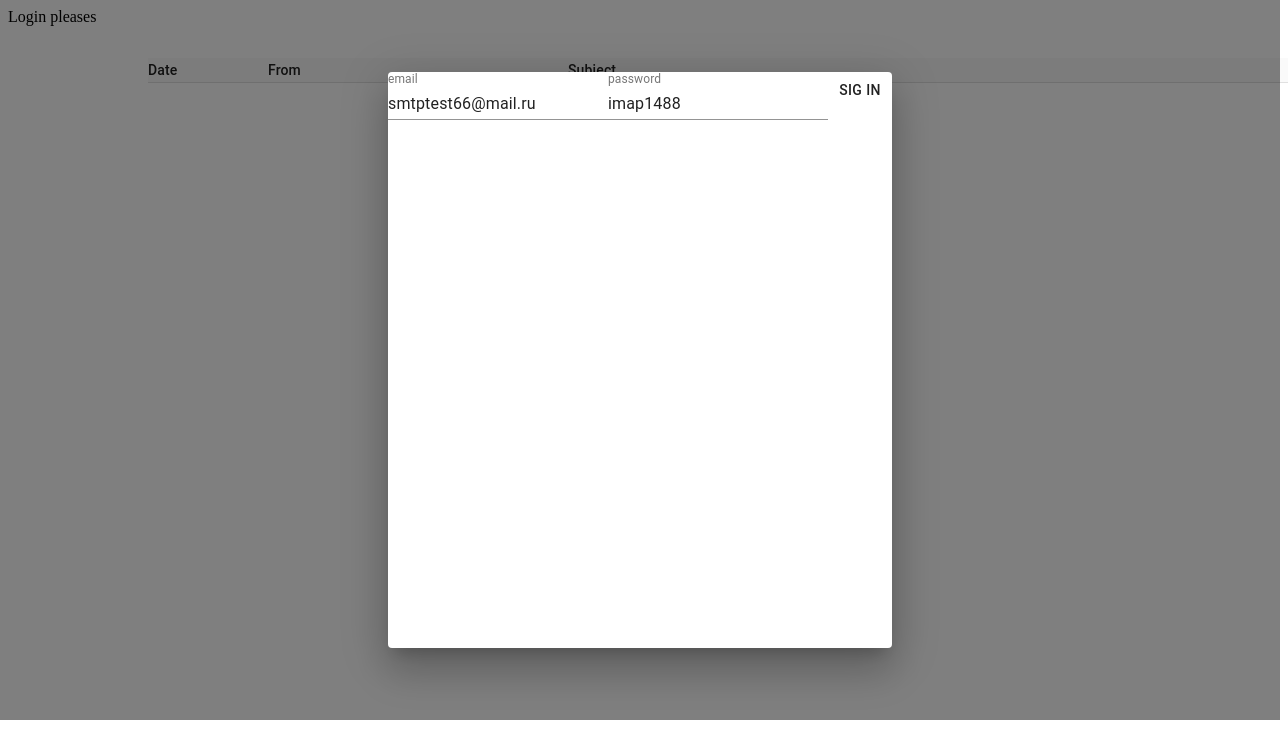
Repository: atakhanovrodion/mailclient
Page: / (app in client/)
These files come from the project's save history. The page is drawn as it stood at one moment and after the next save; the edit follows.
The browser window is 1280 px wide. The page is 1288 px wide, so the pictures cover 1288 px, including what lies to the right of the window. The pictures show the whole page.
The project was rebuilt for these pictures with package versions that can differ from the ones it lists, and the page was loaded fresh each time. Also part of the build but not shown: client/webpack.config.js.

Above is the page before, as saved 2021-03-09 17:50:13.

### client/src/index.html
<!DOCTYPE html>
<html lang="en">
  <head>
    <title>MAILCLIENT</title>
  </head>
  <body>
    <div id="root"></div>
  </body>
</html>

### client/src/main.tsx
import * as React from "react";
import * as ReactDOM from "react-dom";

//import "normalize.css";
import "./css/main.css";

import BaseLayout from "./components/BaseLayout";

const baseComponent = ReactDOM.render(
  <BaseLayout />,
  document.getElementById("root")
);

### client/src/css/main.css
.appContainer {
  display: grid;
  grid-template-columns: 140px 1fr;
  grid-template-rows: 50px 1fr;
  width: 100vw;
  height: 100vh;
}
.header {
  grid-column: 1 / 3;
}

.listOfMailboxes {
  grid-column: 1 / 2;
  grid-row: 2 / 2;
}

### client/src/components/BaseLayout.tsx
import * as React from "react";
import Login from "./Login";
import * as api from "../api";
import Header from "./Header";
import ListOfMailboxes from "./ListOfMailboxes";
import ListOfMessages from "./ListOfMessages";
type MyState = {
  isAuth: false;
  loginEmail: string;
  loginPassword: string;
  currenEmail: string;
  currentPassword: string;
  listOfMailboxes: api.IMailbox[];
  listOfMessages: api.IMessage[];
  currentHost: string;
  currentMailboxList: [];
  currentMessageBody: string;
  currentMailbox: string;
};

class BaseLayout extends React.Component {
  constructor(props: any) {
    super(props);
    this.handleInput = this.handleInput.bind(this);
    this.tryAuth = this.tryAuth.bind(this);
    this.signOut = this.signOut.bind(this);
    this.getMailbox = this.getMailbox.bind(this);
    this.getMessage = this.getMessage.bind(this);
  }
  state: MyState = {
    isAuth: false,
    loginEmail: "smtptest66@mail.ru",
    loginPassword: "imap1488",
    currenEmail: "undefined",
    currentPassword: "",
    listOfMailboxes: [],
    listOfMessages: [],
    currentHost: "",
    currentMailboxList: [],
    currentMessageBody: "",
    currentMailbox: "INBOx",
  };
  render() {
    return (
      <div>
        <Login
          onSubmit={this.tryAuth}
          onChange={this.handleInput}
          isOpen={this.state.isAuth}
          user={this.state.loginEmail}
          pass={this.state.loginPassword}
        />

        <div className="appContainer">
          <div className="header">
            <Header
              onClick={this.signOut}
              currentEmail={this.state.currenEmail}
              isAuth={this.state.isAuth}
            />
          </div>
          <div className="listOfMailboxes">
            <ListOfMailboxes
              mailboxes={this.state.listOfMailboxes}
              onClick={this.getMailbox}
            />
          </div>
          <div className="centerArea">
            {" "}
            <ListOfMessages
              messages={this.state.listOfMessages}
              onClick={this.getMessage}
            />
            {this.state.currentMessageBody}{" "}
          </div>
        </div>
      </div>
    );
  }
  handleInput(e: any): void {
    const target: string = e.target.id;
    this.setState({ [target]: e.target.value });
  }
  async tryAuth(): Promise<void> {
    let domain: string = findDomain(this.state.loginEmail);

    const info: api.IAuthInfo = {
      user: this.state.loginEmail,
      password: this.state.loginPassword,
      host: "imap." + domain,
      port: 993,
    };
    const apiWorker = new api.Worker(info);

    if ((await apiWorker.tryAuth()) == "succes") {
      const data = {
        loginEmail: "",
        loginPassword: "",
        isAuth: true,
        currenEmail: this.state.loginEmail,
        currentPassword: this.state.loginPassword,
        currentHost: domain,
      };
      this.setState(data);
      console.log(this.state);
      this.getListOfMailboxes();
      //TODO
      this.getMailbox("INBOx");
    }
    this.setState({ loginEmail: "", loginPassword: "" });
  }
  async getListOfMailboxes(): Promise<void> {
    console.log(this.state.currentHost);

    const info: api.IAuthInfo = {
      user: this.state.currenEmail,
      password: this.state.currentPassword,
      host: "imap." + this.state.currentHost,
      port: 993,
    };
    const apiWorker = new api.Worker(info);
    const mailboxes = await apiWorker.listOfMailboxes();
    this.setState({ listOfMailboxes: mailboxes });
  }
  async getMailbox(path: string): Promise<void> {
    const info: api.IAuthInfo = {
      user: this.state.currenEmail,
      password: this.state.currentPassword,
      host: "imap." + this.state.currentHost,
      port: 993,
    };
    const apiWorker: api.Worker = new api.Worker(info);
    const messages: api.IMessage[] = await apiWorker.getMailbox(path);
    this.setState({ listOfMessages: messages, currentMailbox: path });
    console.log(this.state);
  }
  async getMessage(message: api.IMessage): Promise<void> {
    const info: api.IAuthInfo = {
      user: this.state.currenEmail,
      password: this.state.currentPassword,
      host: "imap." + this.state.currentHost,
      port: 993,
    };
    const apiWorker: api.Worker = new api.Worker(info);
    const messageBody: string = await apiWorker.getMessage(
      this.state.currentMailbox,
      message.id.toString()
    );
    this.setState({
      currentMessageBody: messageBody,
    });
  }
  signOut(): void {
    this.setState({
      isAuth: false,
      listOfMailboxes: [],
      listOfMessages: [],
    });
  }
}
export default BaseLayout;

//TODO
//email validation
function findDomain(addres: string): string {
  return "mail.ru";
}

### client/src/components/Login.tsx
import React from "react";
import { withStyles } from "@material-ui/styles";
import Dialog from "@material-ui/core/Dialog";
import TextField from "@material-ui/core/TextField";
import Button from "@material-ui/core/Button";

type Props = {
  onSubmit: any;
  onChange: any;
  isOpen: boolean;
  user: string;
  pass: string;
  classes: any;
};

const styles = {
  dialogPaper: {
    minHeight: "80vh",
    maxHeight: "80vh",
  },
};

const Login: React.FC<Props> = ({
  onSubmit,
  onChange,
  isOpen,
  user,
  pass,
  classes,
}) => {
  return (
    <Dialog
      open={!isOpen}
      disableBackdropClick={true}
      disableEscapeKeyDown={true}
      classes={{ paper: classes.dialogPaper }}
    >
      <form>
        <TextField
          id="loginEmail"
          onChange={onChange}
          label="email"
          value={user}
        />
        <TextField
          id="loginPassword"
          onChange={onChange}
          label="password"
          value={pass}
        />
        <Button onClick={onSubmit}>Sig in</Button>
      </form>
    </Dialog>
  );
};

export default withStyles(styles)(Login);

### client/src/api.ts
import axios, { AxiosResponse } from "axios";

export interface IAuthInfo {
  host: string;
  port: number;
  user: string;
  password: string;
}
export interface IMailbox {
  name: string;
  path: string;
}
export interface IMessage {
  id: number;
  from: string;
  subject: string;
  date: string;
  body?: string;
}

export class Worker {
  private static info: IAuthInfo;
  constructor(info: IAuthInfo) {
    Worker.info = info;
  }

  public async tryAuth(): Promise<string> {
    const response: AxiosResponse = await axios.post(
      "http://localhost:3001/auth",
      Worker.info
    );
    return response.data;
  }
  public async listOfMailboxes(): Promise<IMailbox[]> {
    const response: AxiosResponse = await axios.get(
      "http://localhost:3001/mailboxes"
    );
    return response.data;
  }
  public async getMailbox(mailbox: string): Promise<IMessage[]> {
    const response: AxiosResponse = await axios.get(
      `http://localhost:3001/mailboxes/${mailbox}`
    );
    return response.data;
  }
  public async getMessage(mailbox: string, id: string): Promise<string> {
    const response: AxiosResponse = await axios.get(
      `http://localhost:3001/mailboxes/${mailbox}/${id}`
    );
    return response.data;
  }
}

### client/src/components/Header.tsx
import React from "react";
import Button from "@material-ui/core/Button";
type Props = {
  onClick: any;
  currentEmail: string;
  isAuth: boolean;
};

const Header: React.FC<Props> = ({ onClick, currentEmail, isAuth }) => {
  return (
    <div>
      {isAuth == true ? (
        <div>
          Your email:{currentEmail}
          <Button onClick={onClick}>Sign out</Button>
        </div>
      ) : (
        <div>Login pleases </div>
      )}
    </div>
  );
};
export default Header;

### client/src/components/ListOfMailboxes.tsx
import React from "react";
import { IMailbox } from "../api";
import Chip from "@material-ui/core/Chip";
import List from "@material-ui/core/List";
type Props = {
  mailboxes: IMailbox[];
  onClick: any;
};

const listOfMailboxes: React.FC<Props> = ({ mailboxes, onClick }) => {
  return (
    <List>
      {mailboxes.map((value) => {
        return (
          <Chip
            onClick={() => {
              onClick(value.path);
            }}
            label={`${value.name}`}
          />
        );
      })}
    </List>
  );
};
export default listOfMailboxes;

### client/src/components/ListOfMessages.tsx
import React from "react";
import { IMessage } from "../api";

import Table from "@material-ui/core/Table";
import TableBody from "@material-ui/core/TableBody";
import TableCell from "@material-ui/core/TableCell";
import TableHead from "@material-ui/core/TableHead";
import TableRow from "@material-ui/core/TableRow";

type Props = {
  messages: IMessage[];
  onClick: any;
};

const ListOfMessages: React.FC<Props> = ({ messages, onClick }) => (
  <Table stickyHeader padding="none">
    <TableHead>
      <TableRow>
        <TableCell style={{ width: 120 }}>Date</TableCell>
        <TableCell style={{ width: 300 }}>From</TableCell>
        <TableCell>Subject</TableCell>
      </TableRow>
    </TableHead>
    <TableBody>
      {messages.map((message) => (
        <TableRow
          onClick={() => {
            onClick(message);
          }}
          key={message.id}
        >
          <TableCell>{new Date(message.date).toLocaleDateString()}</TableCell>
          <TableCell>{message.from}</TableCell>
          <TableCell>{message.subject}</TableCell>
        </TableRow>
      ))}
    </TableBody>
  </Table>
); /* Mailboxes. */

export default ListOfMessages;

After the next save:
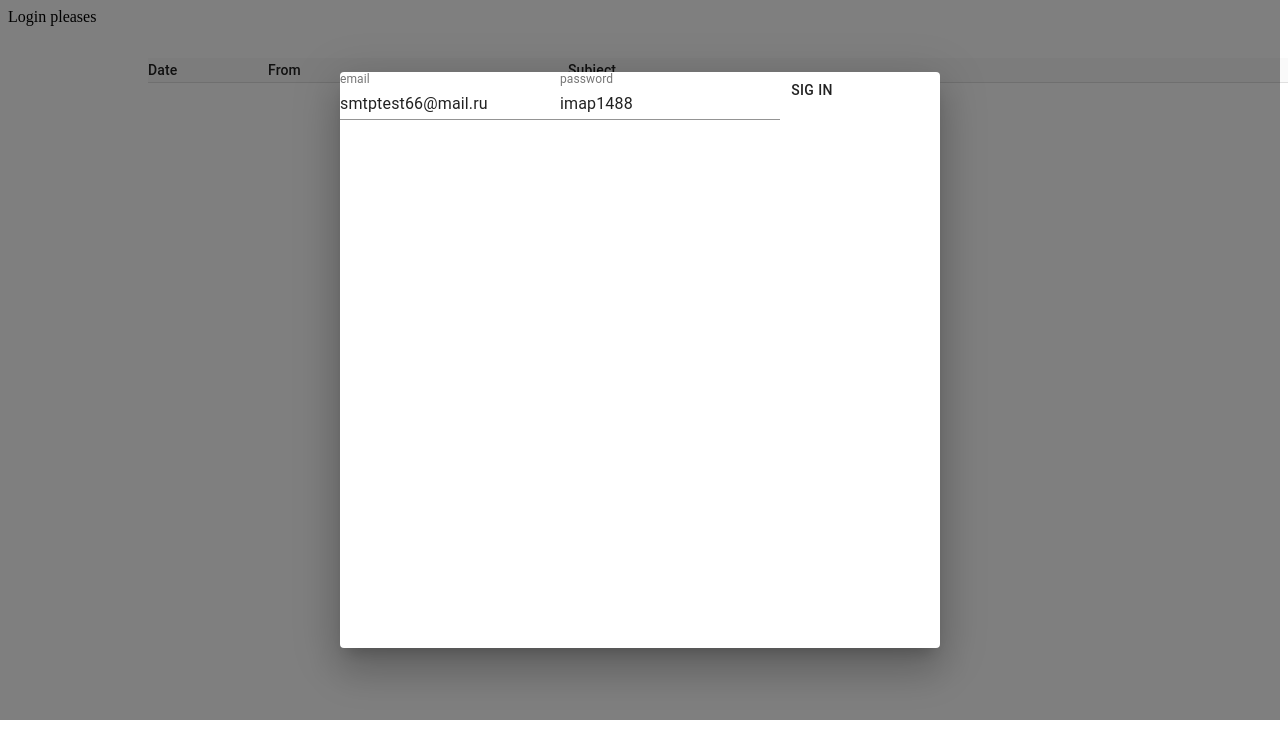
Saved 13 h 9 min later.
--- a/client/src/components/Login.tsx
+++ b/client/src/components/Login.tsx
@@ -33,6 +33,7 @@ const Login: React.FC<Props> = ({
       open={!isOpen}
       disableBackdropClick={true}
       disableEscapeKeyDown={true}
+      fullWidth={true}
       classes={{ paper: classes.dialogPaper }}
     >
       <form>
